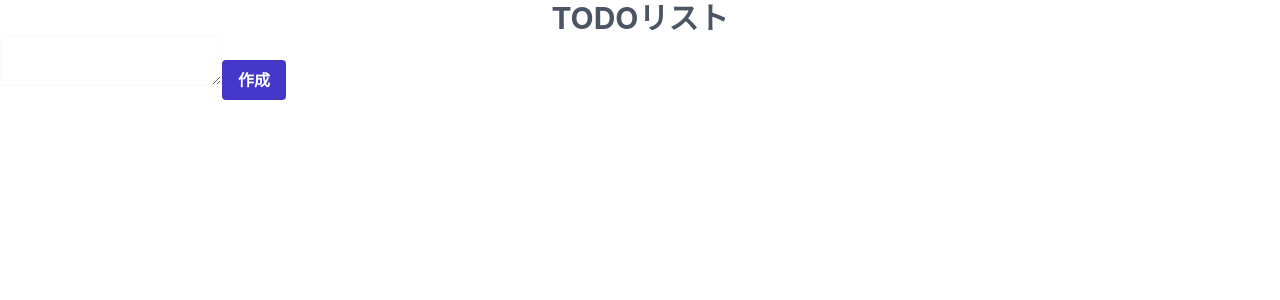
Repository: 1718wani/tsmemoapp
Page: /
The author's editor kept a copy of each file at every save. The page is drawn from the files as they stood at one save, then again after the next save.
The browser window is 1280 px wide. The pictures show the whole page.
The project was rebuilt for these pictures with package versions that can differ from the ones it lists, and the page was loaded fresh each time. Also part of the build but not shown: webpack.config.js, src/App.css.

Above is the page before, as saved 2023-06-10 20:15:44.

### src/index.tsx
import React from 'react';
import ReactDOM from 'react-dom/client';
import './index.css';
import App from './App';
import  "../src/input.css"

const root = ReactDOM.createRoot(
  document.getElementById('root') as HTMLElement
);
root.render(
  <React.StrictMode>
    <App />
  </React.StrictMode>
);

### src/App.tsx
import React, { FC, useState } from "react";
import "./App.css";
import { type } from "os";

function App() {
  const [inputValue, setInputValue] = useState("");
  const [notes, setNotes] = useState<Note[]>([]);
  const [imagePreview, setImagePreview] = useState<string | undefined>();

  type Note = {
    inputValue: string;
    id: number;
    checked: boolean;
    imageUrl?: string;
  };

  const handleChange = (e: React.ChangeEvent<HTMLTextAreaElement>) => {
    setInputValue(e.target.value);
  };

  const handleSubmit = (e: React.FormEvent<HTMLFormElement>) => {
    e.preventDefault();

    const newNote: Note = {
      inputValue: inputValue,
      id: notes.length,
      checked: false,
      imageUrl: imagePreview,
    };

    setNotes([newNote, ...notes]);
    setImagePreview(undefined);
    setInputValue("");
  };

  const handlePaste = (event: React.ClipboardEvent<HTMLTextAreaElement>) => {
    const items = event.clipboardData?.items;
    console.log(items);

    if (items) {
      for (let i = 0; i < items.length; i++) {
        const item = items[i];
        if (item.type.indexOf("image") !== -1) {
          console.log(item);
          const file = item.getAsFile();
          const blob = new Blob([file!], { type: file!.type });
          const imageUrl = URL.createObjectURL(blob);
          setImagePreview(imageUrl);
        }
      }
    }
  };

  return (
    <div>
      <div>
        <h2 className="font-bold text-center text-gray-600 text-3xl" >TODOリスト</h2>
        <div>

        </div>
        <form onSubmit={(e) => handleSubmit(e)}>
          <textarea
            value={inputValue}
            onPaste={handlePaste}
            onChange={(e) => handleChange(e)}
            className="border border-gray-50"
          />
          <input type="submit" value="作成" className="bg-indigo-700 font-semibold text-white py-2 px-4 rounded " />
        </form>
        <div>
          {imagePreview && <img src={imagePreview} alt="Pasted preview" />}
        </div>
        <ul>
          {notes.map((todo) => (
            <li key={todo.id}>{todo.inputValue}</li>
          ))}
        </ul>
      </div>
    </div>
  );
}

export default App;

### src/input.css
@tailwind base;
@tailwind components;

.btn{
    @apply font-semibold text-white py-2 px-4 rounded;
}

@tailwind utilities;

Loaded but not shown: public/index.html (common file); src/index.css (common file); tailwind.config.js (common file)

After the next save:
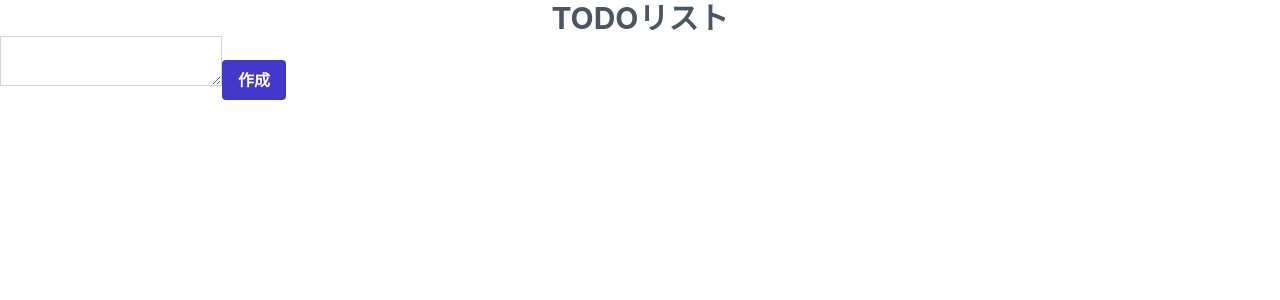
Saved 4 s later.
--- a/src/App.tsx
+++ b/src/App.tsx
@@ -63,7 +63,7 @@ function App() {
             value={inputValue}
             onPaste={handlePaste}
             onChange={(e) => handleChange(e)}
-            className="border border-gray-50"
+            className="border border-gray-300"
           />
           <input type="submit" value="作成" className="bg-indigo-700 font-semibold text-white py-2 px-4 rounded " />
         </form>
